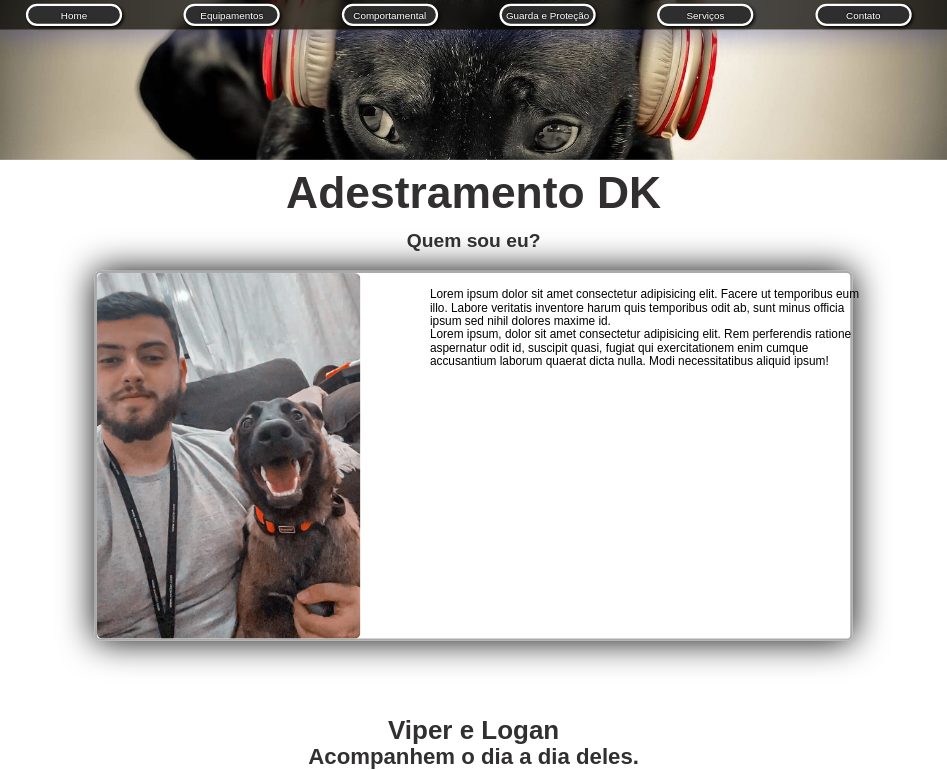
Repository: KevynMarques/Blog-React-StyledComponent
Page: /
These files come from the project's save history. The page is drawn as it stood at one moment and after a run of saves; the edit follows.
The browser window is 1280 px wide. The pictures show the whole page, at 74% of full size.
The project was rebuilt for these pictures with package versions that can differ from the ones it lists, and the page was loaded fresh each time.

Above is the page before, as saved 2022-02-01 19:03:01.

### src/App.js
import Header from './Components/Header/index'
import Home from './Components/Home';
import Sobre from './Components/Sobre';

import { GlobalStyle } from './GlobalStyle';

function App() {
  return (
    <>
    <Home />
    <Header />
    <Sobre />
    <GlobalStyle/>
    </>
  );
}

export default App;

### src/Components/Header/index.jsx
import { Baner } from "./style";
import Dog from '../Image/Dog.png'

export default () => {

  return (

    <>
      <Baner>
       <img src={Dog} />
     </Baner>
    </>

  );

}

### src/Components/Home/index.jsx
import { Home } from "./Style"

export default () => {
  return (

    <Home>
      <button>Home</button>
      <button>Equipamentos</button>
      <button>Comportamental</button>
      <button>Guarda e Proteção</button>
      <button>Serviços</button>
      <button>Contato</button>
    </Home>
  );
}

### src/Components/Sobre/index.jsx
import { Sobre, Tittle, Dogs} from "./style"
import Foto from '../Image/foto.png'
import LV from '../Image/LV.jpg';

export default () => {
  return (
<>
   <Tittle>
    <h1>Adestramento DK</h1>
      <h2>Quem sou eu?</h2>
    </Tittle>


  <Sobre>
    <section>
    <p>Lorem ipsum dolor sit amet consectetur adipisicing elit. Facere ut temporibus eum illo. Labore veritatis inventore harum quis temporibus odit ab, sunt minus officia ipsum sed nihil dolores maxime id.
      <br></br>
    Lorem ipsum, dolor sit amet consectetur adipisicing elit. Rem perferendis ratione aspernatur odit id, suscipit quasi, fugiat qui exercitationem enim cumque accusantium laborum quaerat dicta nulla. Modi necessitatibus aliquid ipsum!
    </p>
       <div>
        <img src={Foto} />
       </div>
    </section>
  </Sobre>


  <Tittle>
      <h3>Viper e Logan</h3>
      <p>Acompanhem  o dia a dia deles.</p>
    </Tittle>


</>

  );
}

### src/GlobalStyle.js
import { createGlobalStyle } from 'styled-components';

 export const GlobalStyle = createGlobalStyle`
  * {
    margin: 0;
    padding: 0;
    box-sizing: border-box;
  }
`;

### src/Components/Header/style.jsx
import styled from "styled-components";

export const Baner= styled.div `
  width: 100%;
  height: 30vh;


    img {
    width: 100%;
    height: 100%;
    object-fit: cover;

    }
`;

### src/Components/Home/Style.jsx
import styled from "styled-components";


export const  Home  = styled.div `
     width: 100vw;
     height: 40px;
     margin: 0;
     position: fixed;
     z-index: 99999;
     background: rgba( 0, 0, 0, 0.7 );
     box-shadow: 0 8px 32px 0 rgba( 31, 38, 135, 0.37 );
     backdrop-filter: blur( 7.5px );
     -webkit-backdrop-filter: blur( 7.5px );
     color:white;
     display: flex;
     align-items: center;
     justify-content: center;

     button {
font-family: Arial, Helvetica, sans-serif;
font-style:normal;
color:#ffffff;
background:#2e2e2e;
border:3px solid #ffffff;
text-shadow:0px -1px 3px #000000;
box-shadow:2px 2px 5px #000000;
-moz-box-shadow:2px 2px 5px #000000;
-webkit-box-shadow:2px 2px 5px #000000;
border-radius:25px 25px 25px 25px;
-moz-border-radius:25px 25px 25px 25px;
-webkit-border-radius:25px 25px 25px 25px;
width:130px;
height: 30px;

cursor:pointer;
margin:0 auto;
margin-left: 35px;

}

`;

### src/Components/Sobre/style.jsx
import styled from "styled-components";


export const Tittle = styled.h1`
@import url('https://fonts.googleapis.com/css2?family=Prompt:ital,wght@1,300&display=swap');
color: #312f2f;
font-size: 30px;
font-family: 'Prompt', sans-serif;
text-align: center;
height: 40px;
margin-top: 10px;

      h2 {
      font-size:26px ;
      margin-top: 15px;
      }
`;

export const  Sobre  = styled.section `
  height: 500px;
  border: solid 3px #aaaaaa;
  width: 80vw;
  margin: 100px  10%;
  border-radius: 8px;
  box-shadow: 0 0 3em Black;

  div {
    width: 35%;
    height:494px;
  }

  img {
    object-fit: cover;
    width: 100%;
    height: 100%;
    border-radius: 8px;
  }

p {
    position: absolute;
    width: 600px;
    margin-left: 450px;
    margin-top: 20px;
    font-size: 16px;
    font-family: Arial, Helvetica, sans-serif;
  }
`;



export const  Dogs  = styled.section `
  height: 500px;
  border: solid 3px #aaaaaa;
  width: 80vw;
  margin: 100px  10%;
  border-radius: 8px;
  box-shadow: 0 0 3em Black;

  div {
    width: 35%;
    height:494px;
  }

  img {
    object-fit: cover;
    width: 100%;
    height: 100%;
    border-radius: 8px;
  }

p {
    position: absolute;
    width: 600px;
    margin-left: 450px;
    margin-top: 20px;
    font-size: 16px;
    font-family: Arial, Helvetica, sans-serif;
  }
`;

Loaded but not shown: public/index.html (common file); src/index.js (common file)

After the next 2 saves:
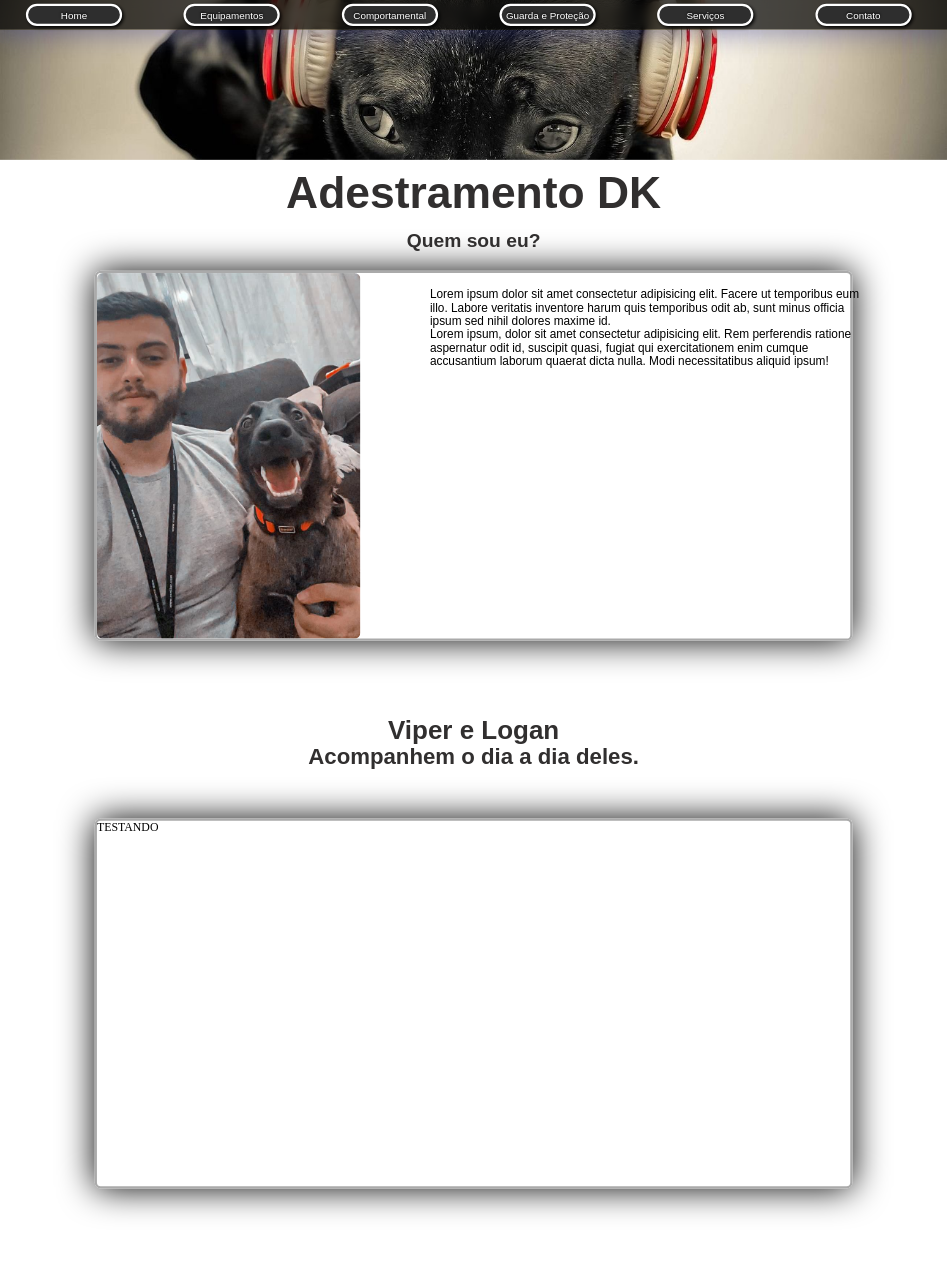
The 2 saves are shown as one change because 1 did not build or start.
The last was saved 12 s later.
--- a/src/Components/Sobre/index.jsx
+++ b/src/Components/Sobre/index.jsx
@@ -29,6 +29,7 @@ export default () => {
       <p>Acompanhem  o dia a dia deles.</p>
     </Tittle>
 
+<Dogs>TESTANDO</Dogs>
 
 </>
 
